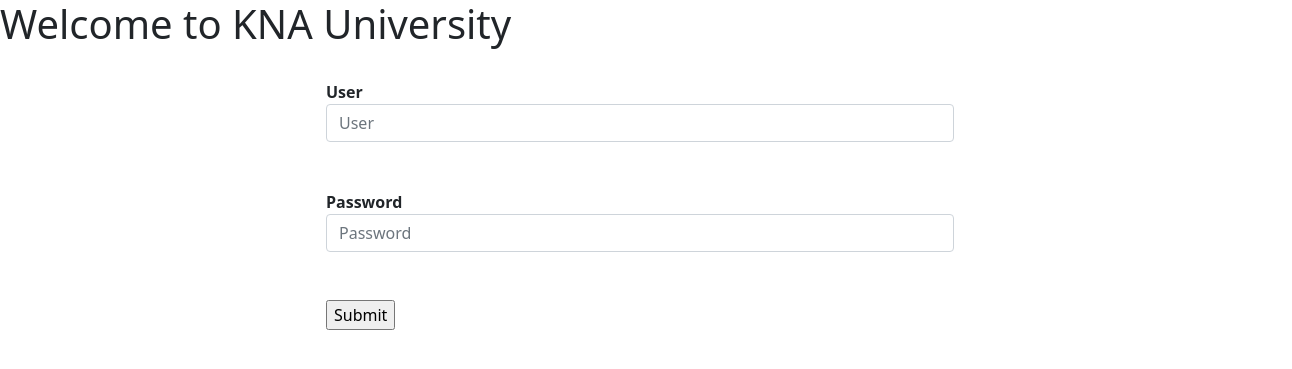
Repository: kavine24/CS490-Python-LMS
Page: html/index.html
An editor plug-in stored every save of this project. The page is shown before and after the next save, followed by the edit.
The browser window is 1280 px wide. The page is 1292 px wide, so the pictures cover 1292 px, including what lies to the right of the window. The pictures show the whole page.

Above is the page before, as saved 2022-04-03 18:10:29.

After the next save:
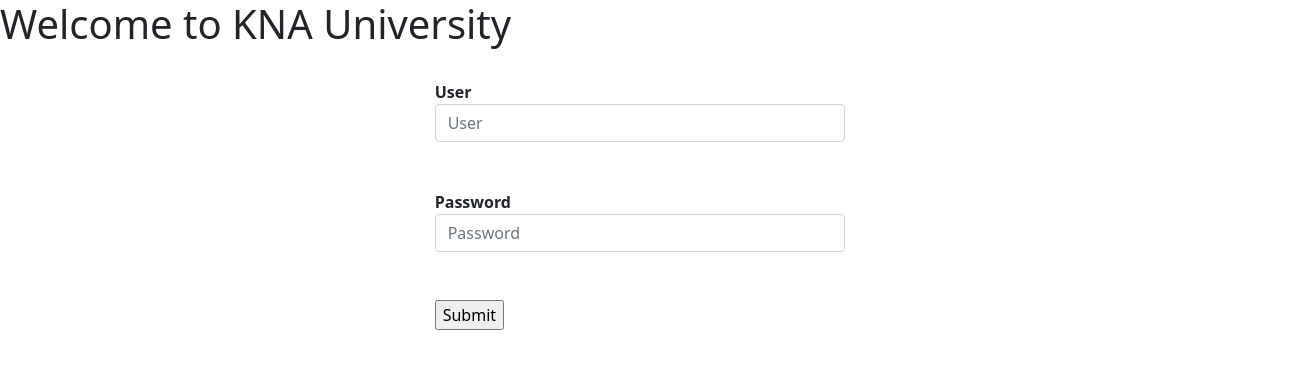
Saved 40 s later.
--- a/html/index.html
+++ b/html/index.html
@@ -9,7 +9,7 @@
   <body>
     <h1 id="indexLog">Welcome to KNA University</h1><br>
     <div class="row align-items-center justify-content-center">
-      <div class="col-6 align-self-center" id="divForm">
+      <div class="col-4 align-self-center" id="divForm">
         <form id="myForm" onsubmit="submitLogin()">
 
           <div class="form-group" >
